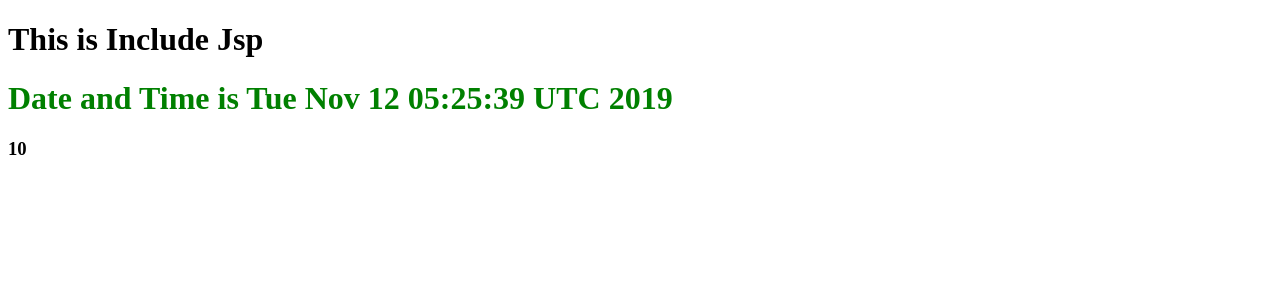
Repository: pawankumarsharm/UST_JDBC_SERVLET
Page: http://localhost/webappp/include.jsp
An editor plug-in stored every save of this project. The page is shown before and after the next save, followed by the edit.
The browser window is 1280 px wide. The pictures show the whole page.
The page is served by Tomcat 9.

Above is the page before, as saved 2019-11-18 08:09:50.

After the next save:
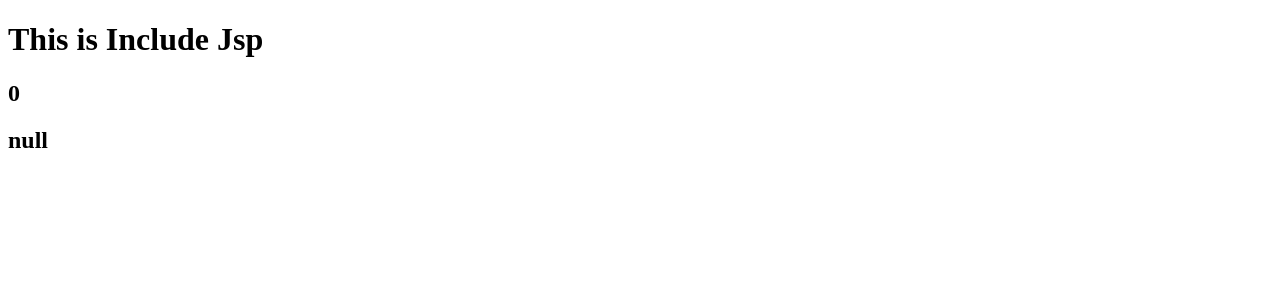
Saved 3 min 38 s later.
--- a/jdbc/webappp/WebContent/include.jsp
+++ b/jdbc/webappp/WebContent/include.jsp
@@ -8,6 +8,6 @@
 </head>
 <body>
 <h1>This is Include Jsp</h1>
-<jsp:include page="/index.jsp"/>
+<jsp:include page="/get-bean.jsp"/>
 </body>
 </html>
